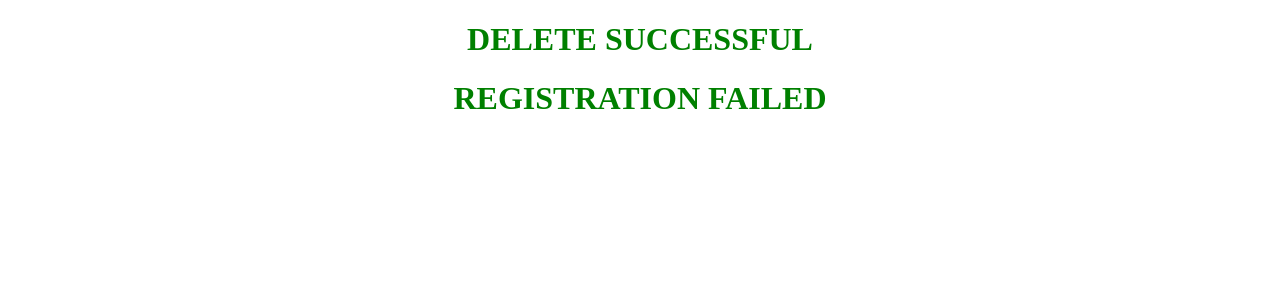
Repository: danishfiroz0/HibernateCodes
Page: http://localhost/MVCwithJSP/delete.jsp
These files come from the project's save history. The page is drawn as it stood at one moment and after the next save; the edit follows.
The browser window is 1280 px wide. The pictures show the whole page.
The page is served by Tomcat 9.

Above is the page before, as saved 2024-07-15 21:42:57.

After the next save:
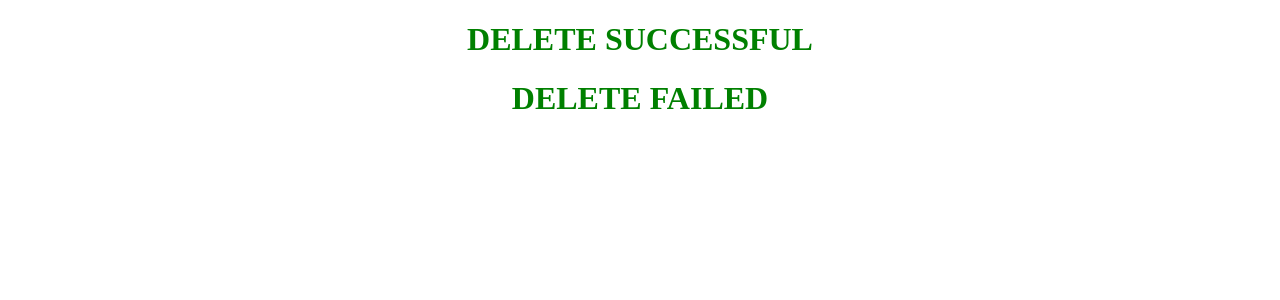
Saved 10 s later.
--- a/MVCwithJSP/src/main/webapp/delete.jsp
+++ b/MVCwithJSP/src/main/webapp/delete.jsp
@@ -12,7 +12,7 @@
 			<h1 style='color:green; text-align: center;'>DELETE SUCCESSFUL</h1>
 		</c:when>
 		<c:otherwise>
-			<h1 style='color:green; text-align: center;'>REGISTRATION FAILED</h1>
+			<h1 style='color:green; text-align: center;'>DELETE FAILED</h1>
 		</c:otherwise>
 	</c:choose>
 
